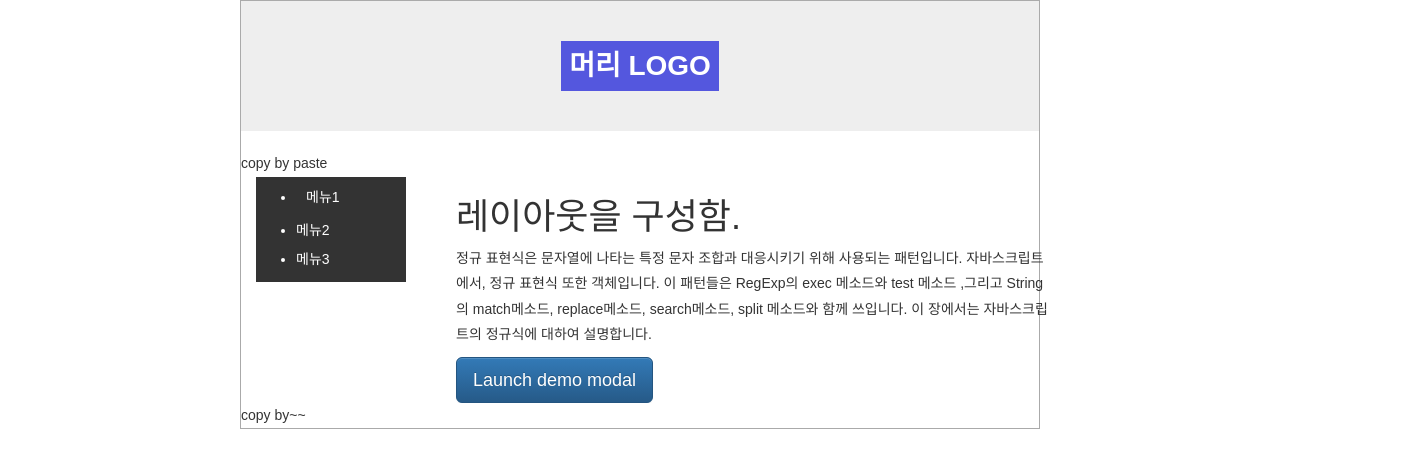
Repository: yoojisoo/YONSAI
Page: http://localhost/teatJava/
The author's editor kept a copy of each file at every save. The page is drawn from the files as they stood at one save, then again after the next save.
The browser window is 1280 px wide. The page is 1411 px wide, so the pictures cover 1411 px, including what lies to the right of the window. The pictures show the whole page.
The page is served by Tomcat 9.

Above is the page before, as saved 2021-08-23 06:26:13.

### jsworkspace/teatJava/src/main/webapp/index.jsp
<%@ page language="java" contentType="text/html; charset=UTF-8"
	pageEncoding="UTF-8"%>
<!DOCTYPE html>
<html>
<head>
<meta charset="UTF-8">
<title>웹 페이지 레이아웃</title>
<script src="js/jquery-3.6.0.js"></script>

<!-- 합쳐지고 최소화된 최신 CSS -->
<link rel="stylesheet"
	href="https://maxcdn.bootstrapcdn.com/bootstrap/3.3.2/css/bootstrap.min.css">

<!-- 부가적인 테마 -->
<link rel="stylesheet"
	href="https://maxcdn.bootstrapcdn.com/bootstrap/3.3.2/css/bootstrap-theme.min.css">

<!-- 합쳐지고 최소화된 최신 자바스크립트 -->
<script
	src="https://maxcdn.bootstrapcdn.com/bootstrap/3.3.2/js/bootstrap.min.js"></script>

<style>
body {
	font: 14px/1.8 Arial, Helvetica, sans-serif;
}

.frame {
	width: 800px;
	margin: 0 auto;
	border: 1px solid #aaa;
}

.header {
	padding: 40px 10px;
	text-align: center;
	background: #eee;
	margin-bottom: 20px;
}

.logo {
	font-size: 2em;
	font-weight: bold;
	background: #5457de;
	color: #fff;
	display: inline-block;
	padding: 0 8px;
}

.container {
	overflow: hidden;
}

.nav {
	float: left;
	width: 150px;
	background: #333;
	color: #fff;
	margin-right: 50px;
}

.nav-list {
	list-style: none;
	margin: 0;
	padding: 10px 0;
}

.nav-item {
	margin: 4px 0;
}

.nav-link {
	display: block;
	text-decoration: none;
	color: #fff;
	padding: 4px 10px;
}

.nav-link:hover {
	background: #5457de;
}

.content {
	float: left;
	width: 600px;
}

.footer {
	text-align: center;
	border-top: 1px solid #aaa;
	margin: 20px 20px 0;
	font-size: 12px;
}
</style>
</head>
<body>
	<div class="frame">
		<jsp:include page="include/header.jsp"></jsp:include>
		<div class="container">
			<div class="nav">
				<ul>
					<li class="nav-item"><a href="#" class="nav-link">메뉴1</a></li>
					<li class="nav-item">메뉴2</li>
					<li class="nav-item">메뉴3</li>
				</ul>
			</div>
			<div class="content">
				<h1>레이아웃을 구성함.</h1>
				<p>정규 표현식은 문자열에 나타는 특정 문자 조합과 대응시키기 위해 사용되는 패턴입니다. 자바스크립트에서,
					정규 	표현식 또한 객체입니다. 이 패턴들은 RegExp의 exec 메소드와 test 메소드 ,그리고 String의
					match메소드, replace메소드, search메소드, split 메소드와 함께 쓰입니다. 이 장에서는
					자바스크립트의 정규식에 대하여 설명합니다.</p>
			<!-- Button trigger modal -->
			<button type="button" class="btn btn-primary btn-lg"
				data-toggle="modal" data-target="#myModal">Launch demo	modal</button>
			<!-- 모 -->
			</div>

			<!-- Modal -->
			<div class="modal fade" id="myModal" tabindex="-1" role="dialog"
				aria-labelledby="myModalLabel" aria-hidden="true">
				<div class="modal-dialog">
					<div class="modal-content">
						<div class="modal-header">
							<button type="button" class="close" data-dismiss="modal"
								aria-label="Close">
								<span aria-hidden="true">&times;</span>
							</button>
							<h4 class="modal-title" id="myModalLabel">제목</h4>
						</div>
						<div class="modal-body">내용 내용</div>
						<div class="modal-footer">
							<button type="button" class="btn btn-default"
								data-dismiss="modal">Close</button>
							<button type="button" class="btn btn-primary">Save
								changes</button>
						</div>
					</div>
				</div>
			</div>
		</div>
		<jsp:include page="include/foot.jsp"></jsp:include>
	</div>
</body>
</html>

### jsworkspace/teatJava/src/main/webapp/include/header.jsp

<div class = "header"><span class="logo">머리 LOGO</span></div>
<%@ page language="java" contentType="text/html; charset=UTF-8"
    pageEncoding="UTF-8"%>

<div class = "foot">
   copy by paste
</div>

### jsworkspace/teatJava/src/main/webapp/include/foot.jsp
<%@ page language="java" contentType="text/html; charset=UTF-8"
    pageEncoding="UTF-8"%>
				<div class="foot">
				copy by~~
				</div>

Loaded but not shown: jsworkspace/teatJava/src/main/webapp/js/jquery-3.6.0.js (library)

After the next save:
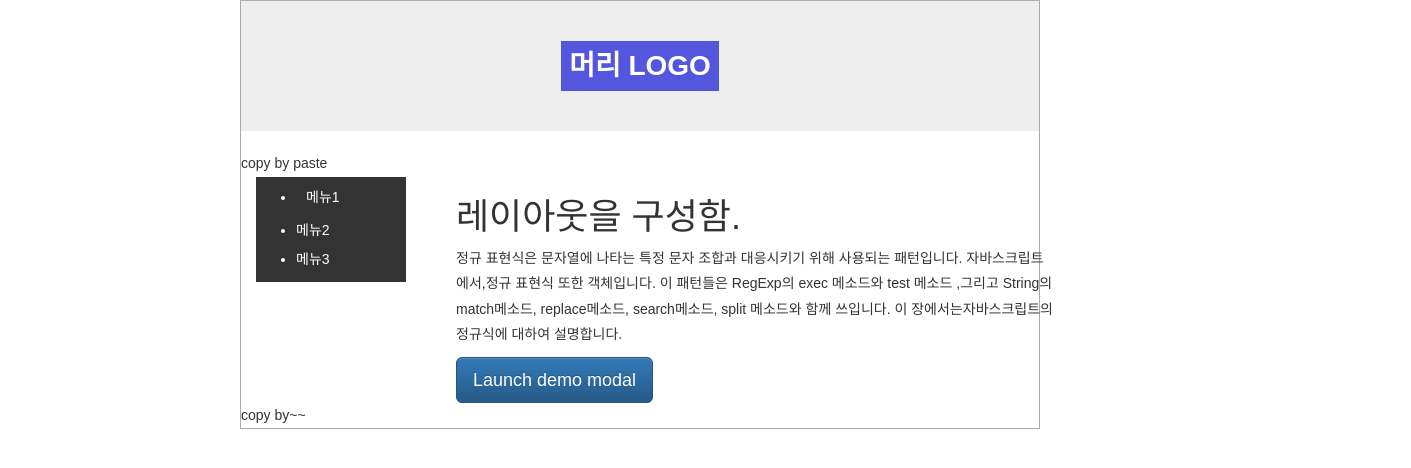
Saved 27 s later.
--- a/jsworkspace/teatJava/src/main/webapp/index.jsp
+++ b/jsworkspace/teatJava/src/main/webapp/index.jsp
@@ -105,10 +105,8 @@ body {
 			</div>
 			<div class="content">
 				<h1>레이아웃을 구성함.</h1>
-				<p>정규 표현식은 문자열에 나타는 특정 문자 조합과 대응시키기 위해 사용되는 패턴입니다. 자바스크립트에서,
-					정규 	표현식 또한 객체입니다. 이 패턴들은 RegExp의 exec 메소드와 test 메소드 ,그리고 String의
-					match메소드, replace메소드, search메소드, split 메소드와 함께 쓰입니다. 이 장에서는
-					자바스크립트의 정규식에 대하여 설명합니다.</p>
+				<p>정규 표현식은 문자열에 나타는 특정 문자 조합과 대응시키기 위해 사용되는 패턴입니다. 자바스크립트에서,정규 	표현식 또한 객체입니다. 이 패턴들은 RegExp의 exec 메소드와 test 메소드 ,그리고 String의
+					match메소드, replace메소드, search메소드, split 메소드와 함께 쓰입니다. 이 장에서는자바스크립트의 정규식에 대하여 설명합니다.</p>
 			<!-- Button trigger modal -->
 			<button type="button" class="btn btn-primary btn-lg"
 				data-toggle="modal" data-target="#myModal">Launch demo	modal</button>
